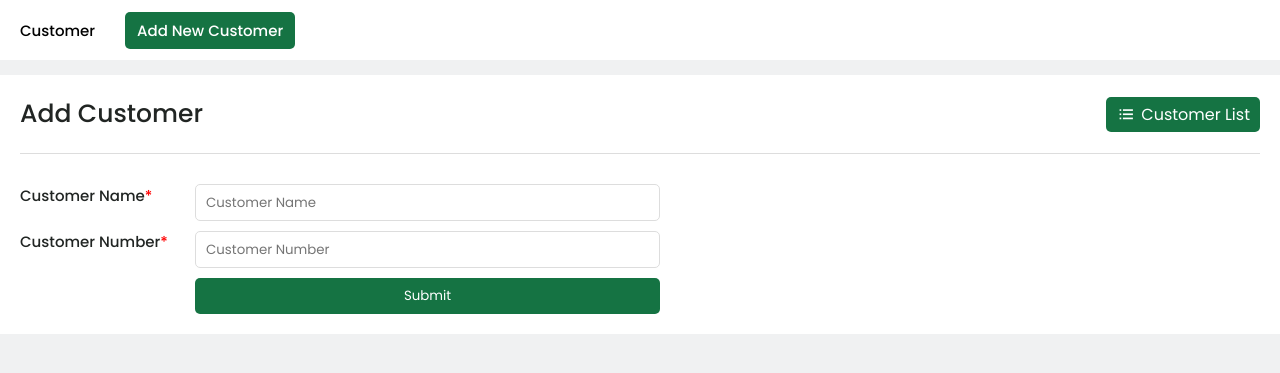
Repository: codebyaddro/customer-page
Page: pages/html/ancus.html
An editor plug-in stored every save of this project. The page is shown before and after the next save, followed by the edit.
The browser window is 1280 px wide. The pictures show the whole page.

Above is the page before, as saved 2025-02-20 15:15:25.

### pages/html/ancus.html
<!DOCTYPE html>
<html lang="en">
<head>
    <meta charset="UTF-8">
    <meta name="viewport" content="width=device-width, initial-scale=1.0">
    <!-- CSS -->
    <link rel="stylesheet" href="/pages/css/ancus.css">
    <!-- Icons -->
    <link href='https://unpkg.com/boxicons@2.1.4/css/boxicons.min.css' rel='stylesheet'>
    <title>Add New Customer - Page</title>
</head>
<body style="background-color: var(--gray-white);">
    <div class="cba-add-new-cus-container">
        <div class="cba-ancus-top-menus">
            <ul>
                <li><a href="/index.html" class="cba-ancus-light-up">Customer</a></li>
                <li><a href="/inner-pages/html/anc.html" class="cba-ancus-active-menu">Add New Customer</a></li>
            </ul>
        </div>
        <div class="cba-ancus-add-container">
            <div class="cba-ancus-heading-add-new-btn">
                <div class="cba-ancus-heading">
                    <h2>Add Customer</h2>
                </div>
                <div class="cba-ancus-cate-list-btn">
                    <i class='cba-ancus-add-icon bx bx-list-ul'></i>
                    <a href="/index.html">Customer List</a>
                </div>
            </div>
            <div class="cba-ancus-category-add-field">
                <div class="cba-ancus-form-con">
                    <div class="cba-ancus-label">
                        <label for="customer-name">Customer Name<span class="cba-ancus-required">*</span></label>
                        <label for="customer-number">Customer Number<span class="cba-ancus-required">*</span></label>
                    </div>
                    <div class="cba-ancus-input">
                        <input type="text" name="customer-name" id="customer-name" placeholder="Customer Name">
                        <input type="text" name="customer-number" id="customer-number" placeholder="Customer Number">
                        <div class="cba-ancus-submit-btn">
                            <input type="submit">
                        </div>
                    </div>
                </div>
            </div>
        </div>
    </div>
</body>
</html>

### pages/css/ancus.css
/* -- fonts -- */
@import url('https://fonts.googleapis.com/css2?family=Poppins:ital,wght@0,100;0,200;0,300;0,400;0,500;0,600;0,700;0,800;0,900;1,100;1,200;1,300;1,400;1,500;1,600;1,700;1,800;1,900&family=Raleway:ital,wght@0,100..900;1,100..900&family=Roboto:ital,wght@0,100;0,300;0,400;0,500;0,700;0,900;1,100;1,300;1,400;1,500;1,700;1,900&family=VT323&display=swap');

/* -- root -- */

:root {
    --gray-white: #F0F1F2;
    --white: #FFFFFF;
    --black: #000000;
    --gray-black: #DDDDDD;
    --light-black: #212523;
    --main-green: #157343;
    --main-light: #37A000;
    --light-orange: #FD7E14;
    --green: #008000;
    --light-green: #e9f6ec;
    --red: #FF0000;
    --light-red: #fbeaec;
}

/* --universal style -- */

* {
    margin: 0;
    padding: 0;
    box-sizing: border-box;
    font-family: "Poppins", serif;
}

/* -- website app text selection cursor style */

::selection {
    color: var(--white);
    background-color: var(--main-light);
}

/* -- add new container style -- */

.cba-add-new-cus-container {
    width: 100%;
}

/* -- top menus style--  */

.cba-ancus-top-menus {
    background-color: var(--white);
    display: flex;
    justify-content: left;
    align-items: center;
    height: 60px;
    padding: 0px 40px;
    margin-bottom: 15px;
}

.cba-ancus-top-menus ul {
    list-style-type: none;
    display: flex;
    gap: 30px;
    margin-left: -20px;
}

.cba-ancus-top-menus ul li a {
    text-decoration: none;
    color: var(--black);
    font-size: 15px;
    font-weight: 500;
}

/* -- active menu style -- */

.cba-ancus-active-menu {
    color: var(--white)!important;
    background-color: var(--main-green);
    padding: 8px 12px;
    border-radius: 5px;
}

/* -- menu hover style -- */

.cba-ancus-light-up:hover {
    color: var(--light-orange);
}

/* -- list container style -- */

.cba-ancus-add-container {
    background-color: var(--white);
    padding: 0px 20px;
}

/* -- heading-add-new-btn style -- */

.cba-ancus-heading-add-new-btn {
    display: flex;
    justify-content: space-between;
    align-items: center;
    border-bottom: 1px solid var(--gray-black);
    padding: 20px 0px;
}

.cba-ancus-heading h2 {
    color: var(--light-black);
    font-size: 25px;
    font-weight: 500;
}

/* -- add-new-btn style -- */

.cba-ancus-cate-list-btn {
    display: flex;
    gap: 5px;
    justify-content: baseline;
    align-items: center;
}

.cba-ancus-cate-list-btn {
    background-color: var(--main-green);
    padding: 5px 10px;
    border-radius: 5px;
}

.cba-ancus-cate-list-btn a {
    color: var(--white);
    text-decoration: none;
}

.cba-ancus-add-icon {
    color: var(--white);
    font-size: 20px;
}

/* -- customer add field style -- */

/* -- label red star style -- */
.cba-ancus-required {
    color: var(--red);
}

.cba-ancus-category-add-field {
    width: 50%;
    padding-top: 30px;
    padding-bottom: 20px;
}

.cba-ancus-form-con {
    display: grid;
    gap: 20px;
    grid-template-columns: 25% 75%;
}

.cba-ancus-form-con .cba-ancus-label {
    display: flex;
    justify-content: left;
    flex-direction: column;
}

.cba-ancus-form-con label {
    color: var(--light-black);
    font-size: 15px;
    font-weight: 500;
    margin-bottom: 22.5px;
}

.cba-ancus-form-con input {
    display: flex;
    justify-content: left;
    flex-direction: column;
    width: 500px;
}

input[type="text"] {
    width: 100%;
    padding: 7.5px 10px;
    border: 1px solid var(--gray-black);
    border-radius: 5px;
    outline: none;
    margin-top: 0px;
    margin-bottom: 10px;
}

select {
    width: 100%;
    padding: 7.5px 10px;
    border: 1px solid var(--gray-black);
    border-radius: 5px;
    outline: none;
    appearance: none;
}

.cba-ancus-submit-btn {
    display: flex;
    justify-content: right;
    margin-top: 10px;
}

input[type="submit"] {
    background-color: var(--main-green);
    color: var(--white);
    border: none;
    border-radius: 5px;
    padding: 8px 12px;
    cursor: pointer;
}

After the next save:
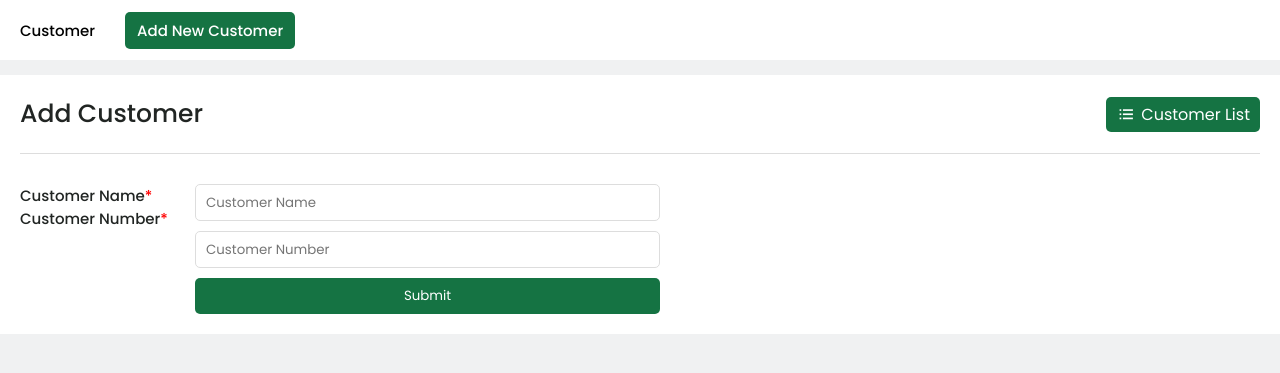
Saved 21 s later.
--- a/pages/css/ancus.css
+++ b/pages/css/ancus.css
@@ -158,7 +158,7 @@
     color: var(--light-black);
     font-size: 15px;
     font-weight: 500;
-    margin-bottom: 22.5px;
+    /* margin-bottom: 22.5px; */
 }
 
 .cba-ancus-form-con input {
